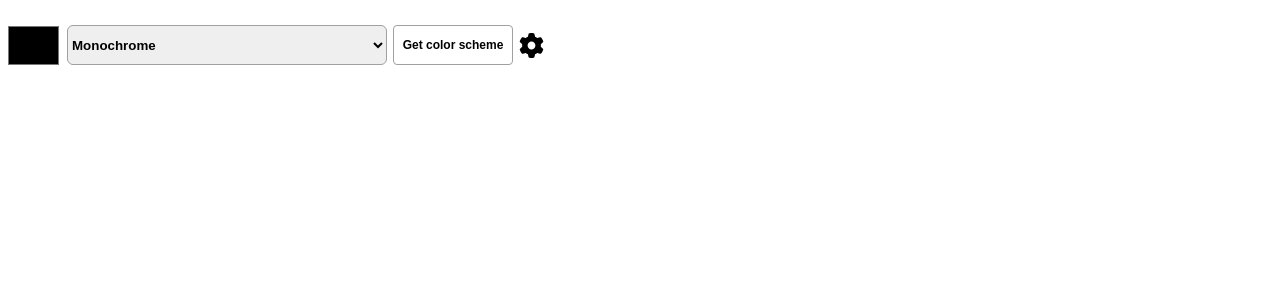
Repository: RadziSzop/colorPicker
Page: index.html
The author's editor kept a copy of each file at every save. The page is drawn from the files as they stood at one save, then again after the next save.
The browser window is 1280 px wide. The pictures show the whole page.
The pointer rests on the first visible `.gear`.

Above is the page before, as saved 2022-03-05 00:56:14.

After the next save:
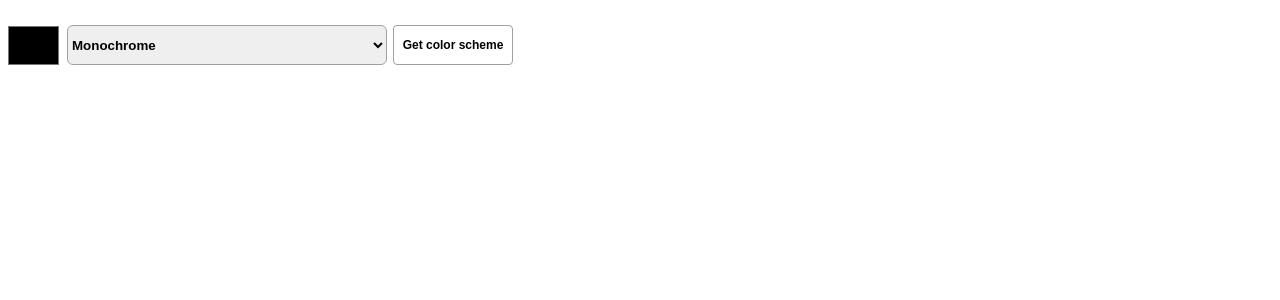
Saved 55 s later.
--- a/style.css
+++ b/style.css
@@ -57,6 +57,9 @@
 .gear {
   height: 25px;
   width: 25px;
+}
+.gear:hover {
+  visibility: hidden;
 }
 
 .colors {
